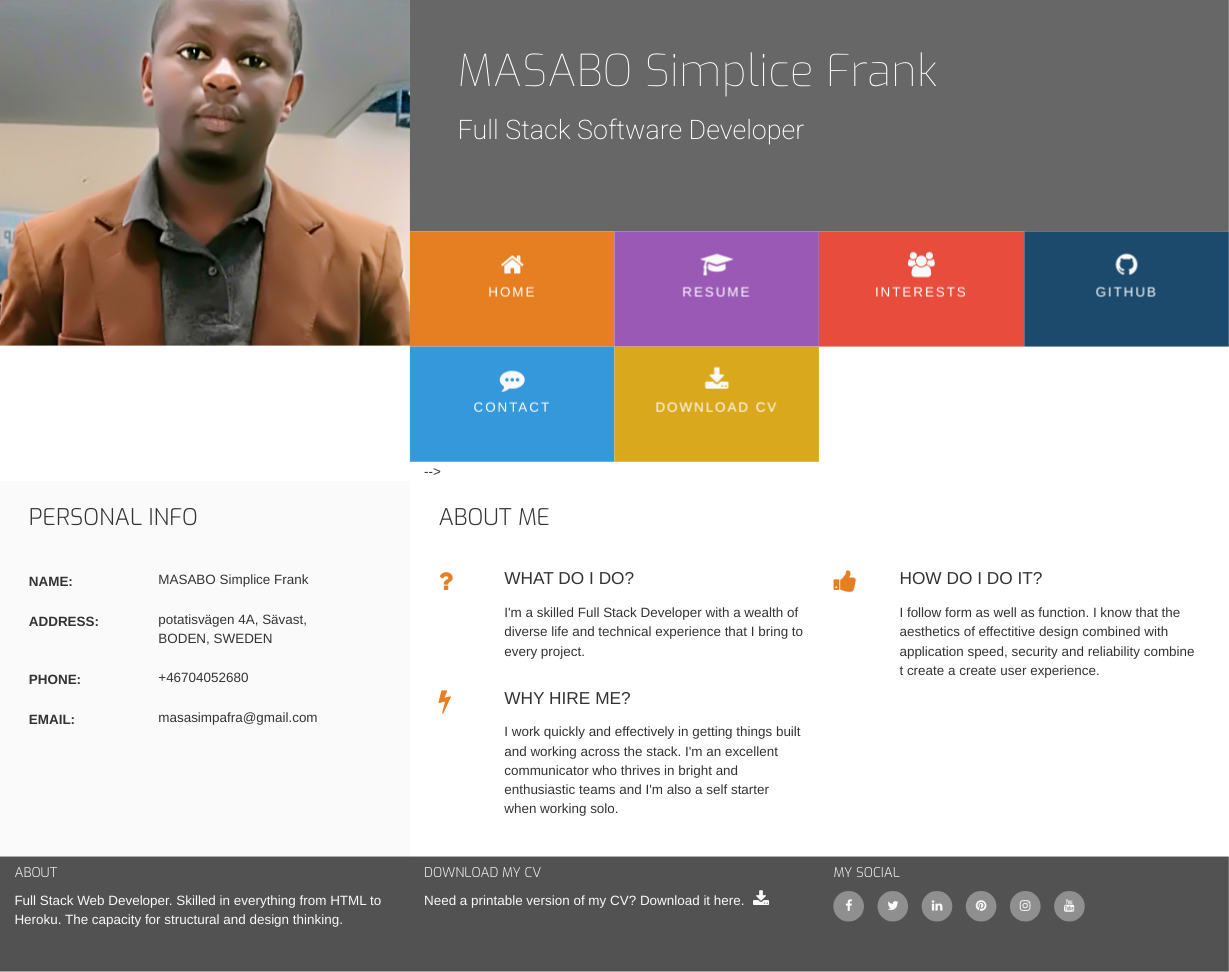
Repository: frankkode/who-is-frank
Page: index.html
The author's editor kept a record of every edit. The page is drawn from the files as they stood at one moment, then again after the next edit.
The browser window is 1280 px wide. The pictures show the whole page, at 96% of full size.
Some web libraries are served in a nearby version.

Above is the page before.

After the next edit:
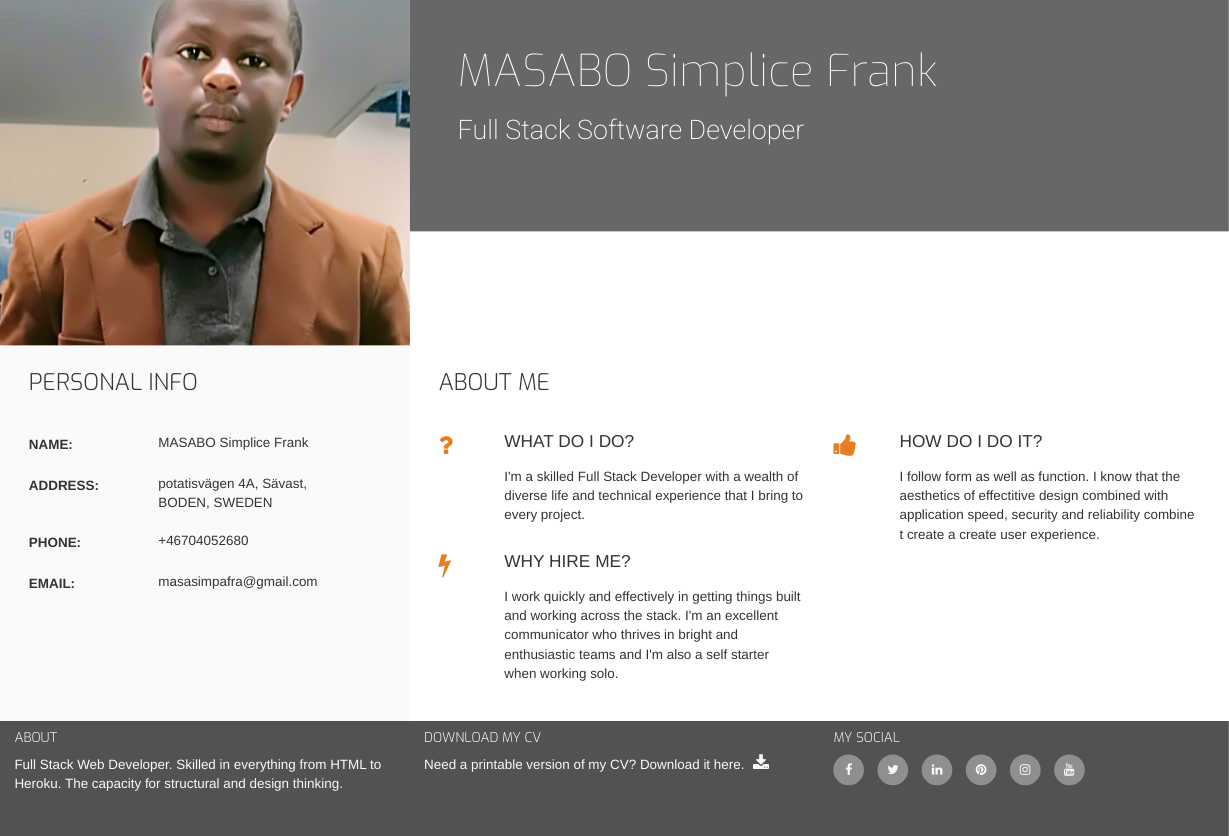
The edit:
--- a/index.html
+++ b/index.html
@@ -19,7 +19,7 @@
                             <h2 class="title">Full Stack Software Developer</h2>
                         </div>
                     </div>
-                    <div class="row">
+                  <!--  <div class="row">
                         <ul id="nav" class="list-inline clearfix">
                             <li class="col-xs-6 col-sm-3 ui-menu-color-home menuitem">
                                 <a href="index.html" class="hvr-sweep-to-bottom"><i class="fa fa-home" aria-hidden="true"></i><span>Home</span></a>
